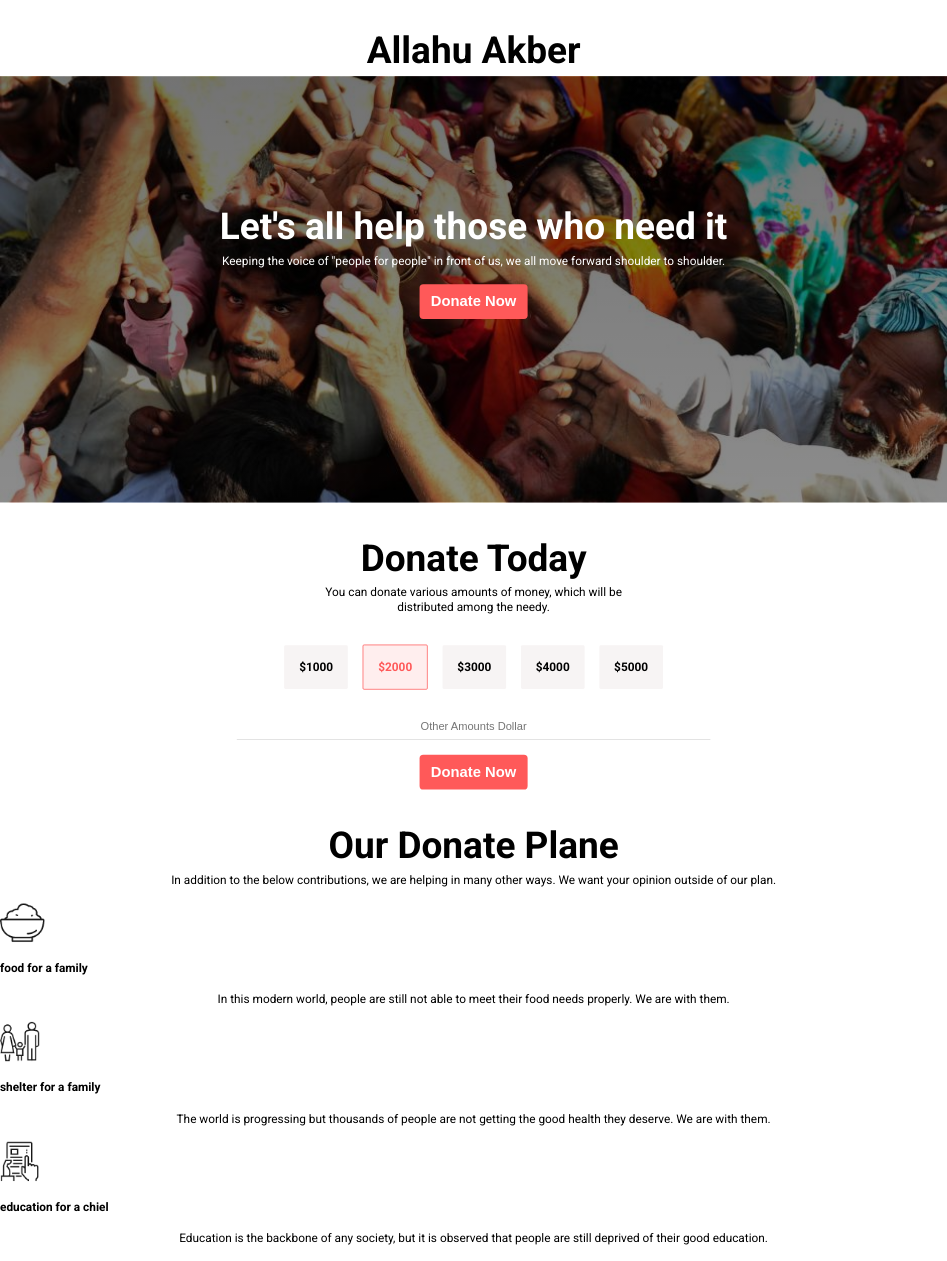
Repository: zjria/suppert-the-helpness
Page: index.html
These files come from the project's save history. The page is drawn as it stood at one moment and after the next save; the edit follows.
The browser window is 1280 px wide. The pictures show the whole page, at 74% of full size.

Above is the page before, as saved 2022-08-26 10:42:49.

After the next save:
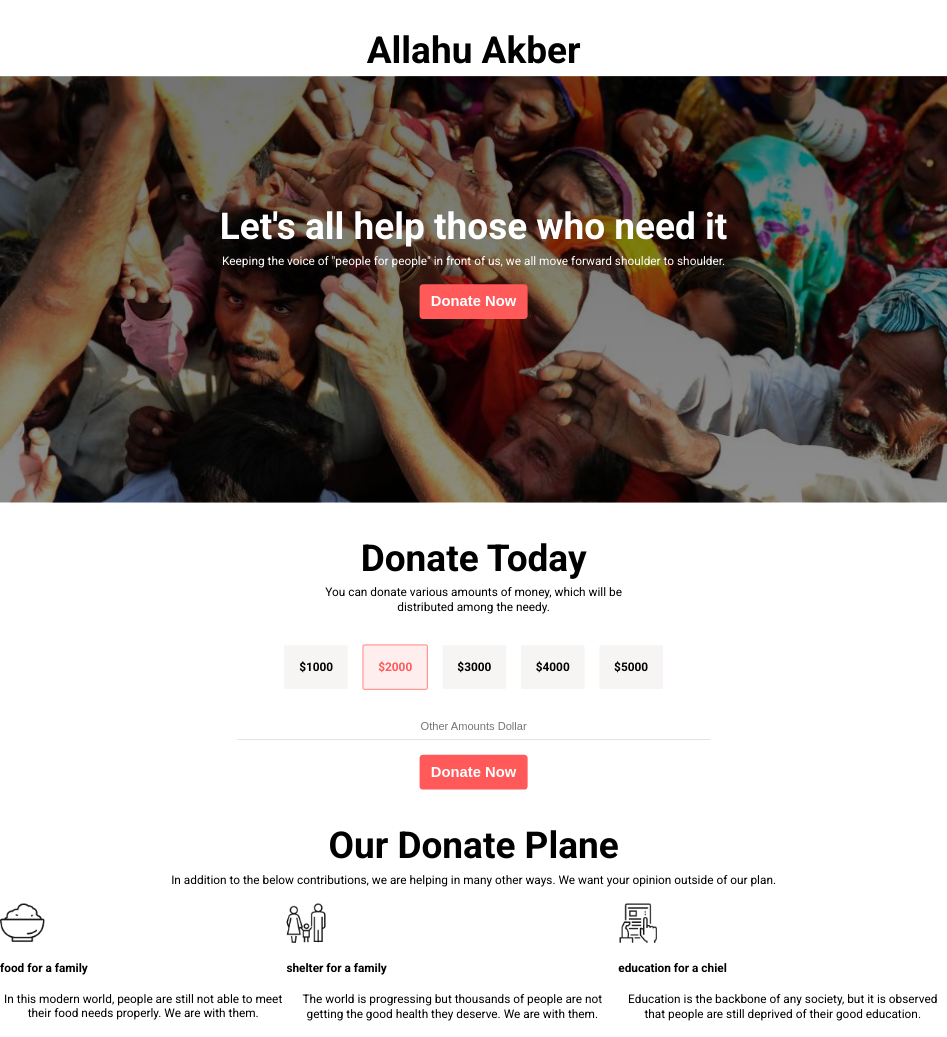
Saved 20 s later.
--- a/style.css
+++ b/style.css
@@ -102,3 +102,7 @@ p {
     height: 1px;
     margin-bottom: 20px;
 }
+
+.our-plan {
+    display: flex;
+}
